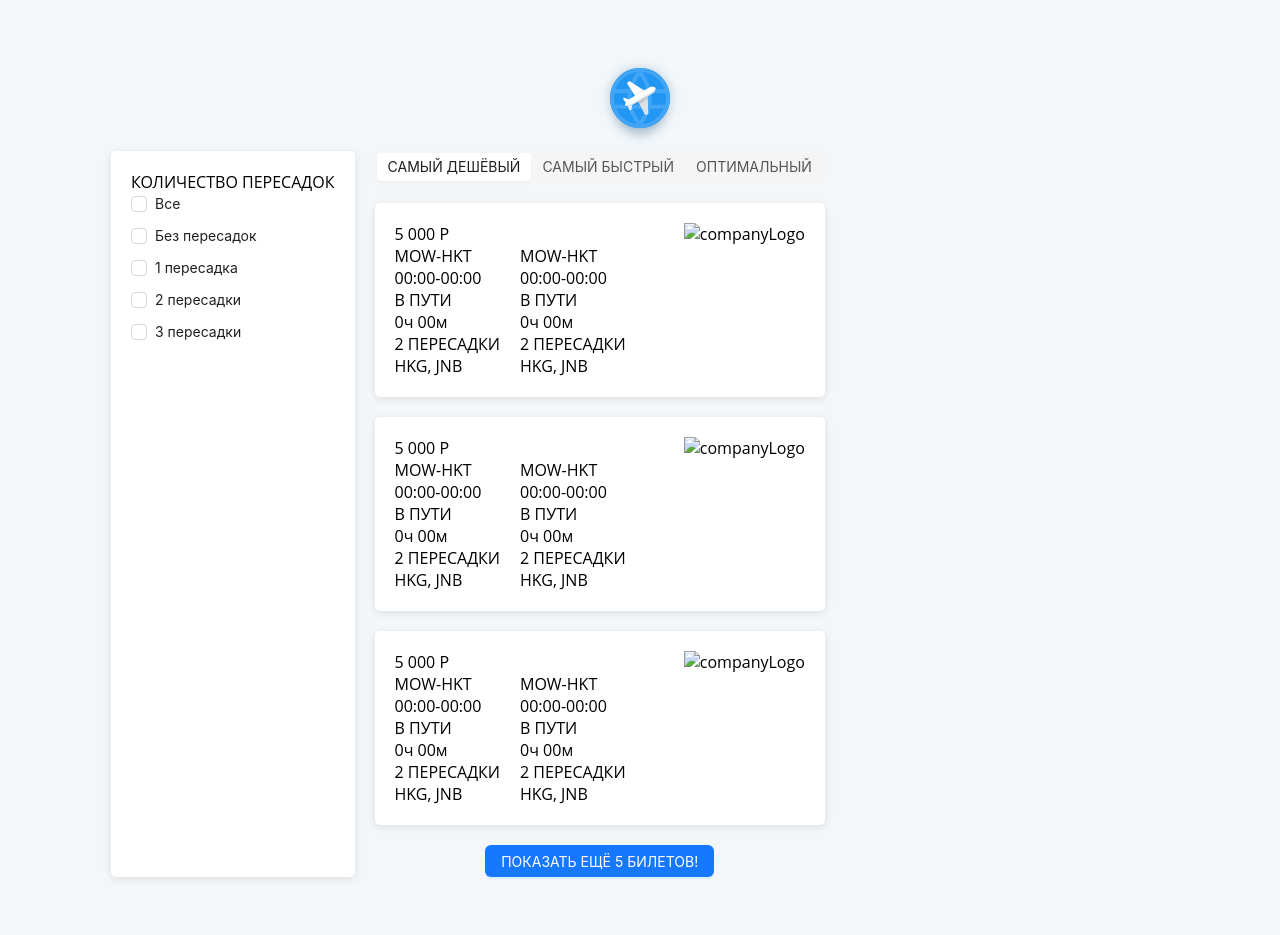
Repository: Dedoxa/aviasalesTickets
Page: /
These files come from the project's save history. The page is drawn as it stood at one moment and after the next save; the edit follows.
The browser window is 1280 px wide. The pictures show the whole page.
The project was rebuilt for these pictures with package versions that can differ from the ones it lists, and the page was loaded fresh each time. Also part of the build but not shown: vite.config.js.

Above is the page before, as saved 2024-10-19 16:57:30.

### index.html
<!doctype html>
<html lang="en">
  <head>
    <meta charset="UTF-8" />
    <meta name="viewport" content="width=device-width, initial-scale=1.0" />
    <title>AviasalesTickets</title>
  </head>
  <body>
    <div id="root"></div>
    <script type="module" src="/src/main.jsx"></script>
  </body>
</html>

### src/main.jsx
import { StrictMode } from 'react';
import { createRoot } from 'react-dom/client';

import App from './App.jsx';

createRoot(document.getElementById('root')).render(
  <StrictMode>
    <App />
  </StrictMode>
);

### src/App.jsx
import TransferFilters from './TransferFilters/TransferFilters.jsx';
import AppIcon from './AppIcon/AppIcon.jsx';
import PriceFilters from './PriceFilters/PriceFilters.jsx';
import TicketCard from './TicketCard/TicketCard.jsx';
import ShowMoreButton from './ShowMoreButton/ShowMoreButton.jsx';
import classes from './App.module.scss';

function App() {
  return (
    <main className={classes.App}>
      <AppIcon />
      <div style={{ display: 'flex', gap: '20px' }}>
        <TransferFilters />
        <div className={classes['priceFiltersAndTicketsContainer']}>
          <PriceFilters />
          <TicketCard />
          <TicketCard />
          <TicketCard />
          <ShowMoreButton />
        </div>
      </div>
    </main>
  );
}

export default App;

### src/TransferFilters/TransferFilters.jsx
import { Checkbox } from 'antd';

import { contentBox } from '../App.module.scss';

import classes from './TransferFilters.module.scss';

const TransferFilters = () => {
  return (
    <>
      <div className={contentBox}>
        <span className={classes.title}>КОЛИЧЕСТВО ПЕРЕСАДОК</span>
        <div className={classes.checkboxContainer}>
          <Checkbox>Все</Checkbox>
          <Checkbox>Без пересадок</Checkbox>
          <Checkbox>1 пересадка</Checkbox>
          <Checkbox>2 пересадки</Checkbox>
          <Checkbox>3 пересадки</Checkbox>
        </div>
      </div>
    </>
  );
};

export default TransferFilters;

### src/AppIcon/AppIcon.jsx
import classes from './AppIcon.module.scss';

const AppIcon = () => {
  return (
    <div className={classes.AppIcon}>
      <img src="/public/img/Logo.svg" alt="AviasalesIcon" />
    </div>
  );
};

export default AppIcon;

### src/PriceFilters/PriceFilters.jsx
import { Segmented } from 'antd';

const PriceFilters = () => {
  return <Segmented options={['САМЫЙ ДЕШЁВЫЙ', 'САМЫЙ БЫСТРЫЙ', 'ОПТИМАЛЬНЫЙ']} />;
};

export default PriceFilters;

### src/TicketCard/TicketCard.jsx
import { contentBox } from '../App.module.scss';

import classes from './TicketCard.module.scss';

const TicketCard = () => {
  return (
    <div className={contentBox}>
      <div className={classes.mainTicketInfo}>
        <span>5 000 Р</span>
        <img src="" alt="companyLogo"></img>
      </div>
      <div className={classes.otherTicketInfo}>
        <div className={classes['infoRow']}>
          <div>
            <div className={classes['']}>MOW-HKT</div>
            <div>00:00-00:00</div>
          </div>
          <div>
            <div className={classes['']}>В ПУТИ</div>
            <div>0ч 00м</div>
          </div>
          <div>
            <div className={classes['']}>2 ПЕРЕСАДКИ</div>
            <div>HKG, JNB</div>
          </div>
        </div>
        <div className={classes['infoRow']}>
          <div>
            <div className={classes['']}>MOW-HKT</div>
            <div>00:00-00:00</div>
          </div>
          <div>
            <div className={classes['']}>В ПУТИ</div>
            <div>0ч 00м</div>
          </div>
          <div>
            <div className={classes['']}>2 ПЕРЕСАДКИ</div>
            <div>HKG, JNB</div>
          </div>
        </div>
      </div>
    </div>
  );
};

export default TicketCard;

### src/ShowMoreButton/ShowMoreButton.jsx
import { Button } from 'antd';

import classes from './ShowMoreButton.module.scss';

const ShowMoreButton = () => {
  return (
    <div className={classes.showMoreButton}>
      <Button type="primary">ПОКАЗАТЬ ЕЩЁ 5 БИЛЕТОВ!</Button>
    </div>
);
};

export default ShowMoreButton;

### src/App.module.scss
@font-face {
  font-family: 'Open Sans';
  src: url('https://fonts.googleapis.com/css2?family=Open+Sans:ital,wght@0,300..800;1,300..800&display=swap');
}

.contentBox {
  display: inline-block;
  font-family: 'Open Sans', sans-serif;
  background-color: #fff;
  border-radius: 5px;
  box-shadow: 0 2px 8px 0 rgba(0, 0, 0, 0.1);
  padding: 20px;
}

body {
  background-color: #f3f7fa;
  padding: 50px 103px;
}

.App {
  .priceFiltersAndTicketsContainer {
    display: flex;
    flex-direction: column;
    gap: 20px;
  }
}

### src/TransferFilters/TransferFilters.module.scss
.title {
  margin-bottom: 20px;
}

.checkboxContainer {
  display: flex;
  flex-direction: column;
  gap: 10px;
}

### src/AppIcon/AppIcon.module.scss
.AppIcon {
    text-align: center;
}

### src/TicketCard/TicketCard.module.scss
.mainTicketInfo,
.otherTicketInfo {
  display: flex;
}

.mainTicketInfo {
  justify-content: space-between;
}

.otherTicketInfo {
  gap: 20px;

  .infoRow {

  }
}

### src/ShowMoreButton/ShowMoreButton.module.scss
.showMoreButton {
    text-align: center;
}

After the next save:
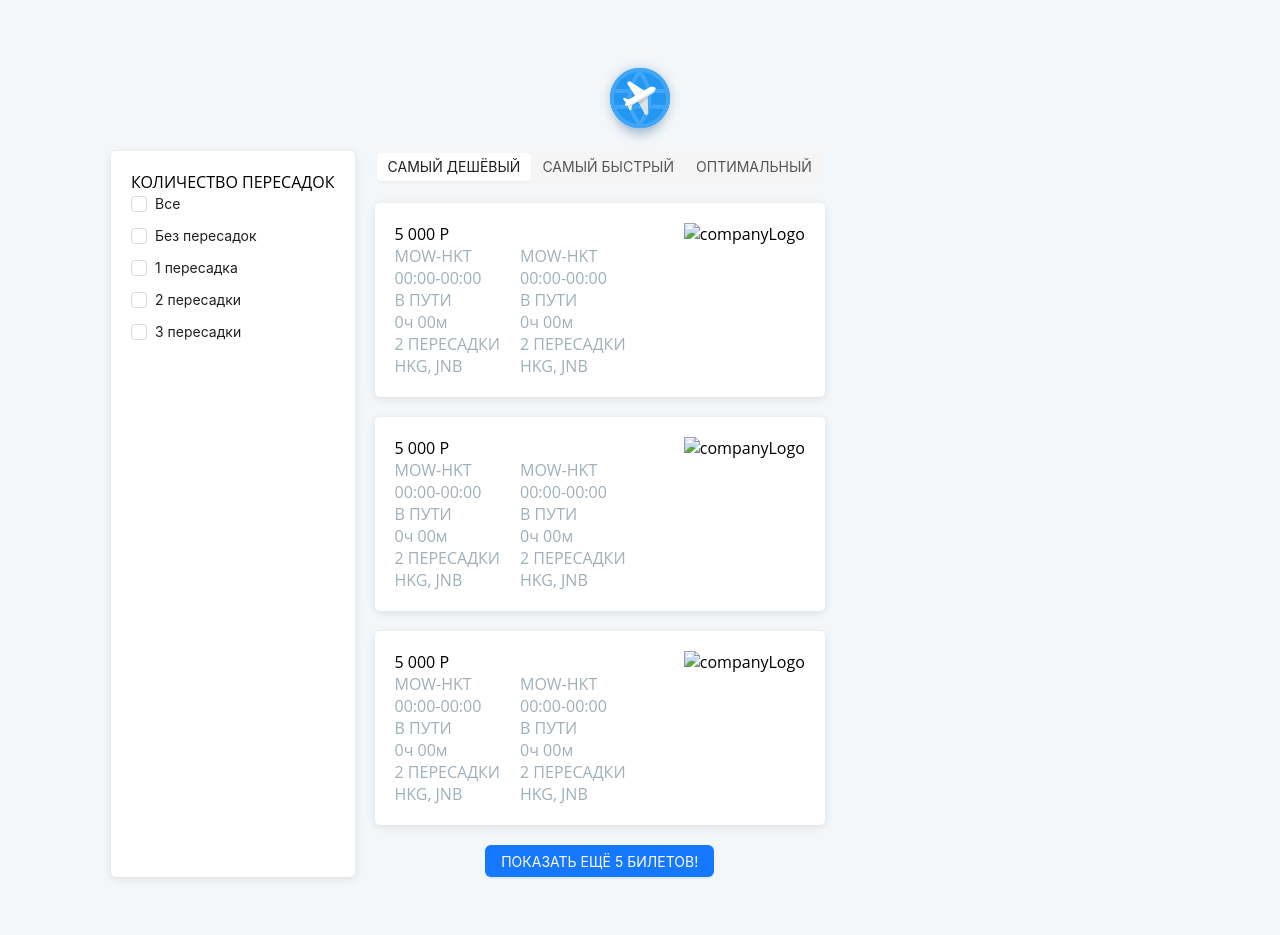
Saved 15 s later.
--- a/src/TicketCard/TicketCard.module.scss
+++ b/src/TicketCard/TicketCard.module.scss
@@ -11,6 +11,6 @@
   gap: 20px;
 
   .infoRow {
-
+    color: #A0B0B9;
   }
 }
